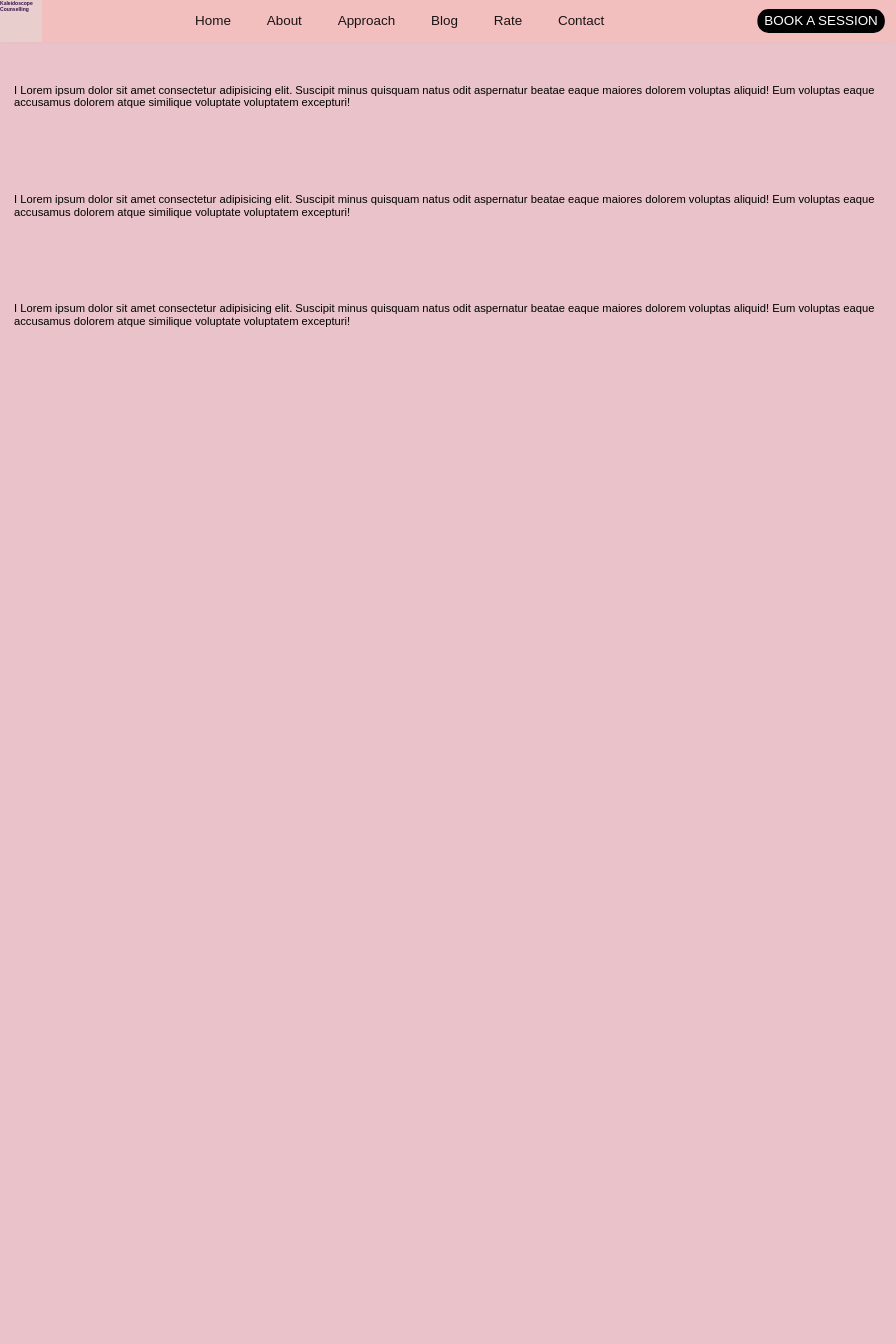
Repository: voutadi/ava-website
Page: index.html
An editor plug-in stored every save of this project. The page is shown before and after the next save, followed by the edit.
The browser window is 1280 px wide. The pictures show the part of the page from y = 0 to 1920 px (the page is 3120 px tall), at 70% of full size.

Above is the page before, as saved 2024-07-05 23:36:24.

### index.html
<!DOCTYPE html>
<html lang="en">
  <head>
    <meta charset="UTF-8" />
    <meta name="viewport" content="width=device-width, initial-scale=1.0" />
    <link rel="stylesheet" href="styles/style.css" />

    <title>Kaleidoscope Counselling</title>
  </head>
  <body>
    <header>
      <div class="logo-container">
        <div class="logo">
          Kaleidoscope <br />
          Counselling
        </div>
      </div>
      <nav class="navbar">
        <ul>
          <li><a href="#home">Home</a></li>
          <li><a href="#about">About</a></li>
          <li><a href="#approach">Approach</a></li>
          <li><a href="#blog">Blog</a></li>
          <li><a href="#rate">Rate</a></li>
          <li><a href="#contact">Contact</a></li>
        </ul>
      </nav>
      <button>BOOK A SESSION</button>
    </header>



    <p>
      I Lorem ipsum dolor sit amet consectetur adipisicing elit. Suscipit minus
      quisquam natus odit aspernatur beatae eaque maiores dolorem voluptas
      aliquid! Eum voluptas eaque accusamus dolorem atque similique voluptate
      voluptatem excepturi!
    </p>
    <p>
      I Lorem ipsum dolor sit amet consectetur adipisicing elit. Suscipit minus
      quisquam natus odit aspernatur beatae eaque maiores dolorem voluptas
      aliquid! Eum voluptas eaque accusamus dolorem atque similique voluptate
      voluptatem excepturi!
    </p>
    <p>
      I Lorem ipsum dolor sit amet consectetur adipisicing elit. Suscipit minus
      quisquam natus odit aspernatur beatae eaque maiores dolorem voluptas
      aliquid! Eum voluptas eaque accusamus dolorem atque similique voluptate
      voluptatem excepturi!
    </p>
  </body>
</html>

### styles/style.css
* {
  margin: 0;
  padding: 0;
  box-sizing: border-box;
}
body {
  background-color: rgb(233, 195, 201);

  height: 3000px;
  font-family: Arial, Helvetica, sans-serif;
  font-size: 1rem;
}
header {
  max-width: 100%; /*Make sure Take all of her parent element(body)on all different devices .*/
  height: 60px;
  position: fixed;
  top: 0;
  left: 0;
  right: 0;
  background-color: #f3bebe;

  display: flex;
  justify-content: space-between;
  align-items: center;

  box-shadow: 0 2px 4px rgba(243, 172, 172, 0.15); /* Adds a subtle shadow for depth, optional */
}
.logo-container {
  width: 60px;/* Put condition for smaller or biger divice*/


  background-color: #e9cece;
  height: 60px;
}
.logo {
  color: rgb(50, 21, 77);
  font-size: 0.45rem;
  font-weight: bold;
}

.navbar ul {
  display: flex;
  flex: 1;
  justify-content: center;
  list-style-type: none;
  flex-wrap: wrap;
}
.navbar li {
  display: flex;
  justify-content: end;
  margin: 1rem;
}
.navbar a {
  font-size: 20px;
  color: rgb(25, 20, 20);
  font-weight: 500;

  text-decoration: none;
}
.navbar a:hover {
  background-color: rgb(192, 175, 175);
  padding: 2px 4px;
  border-radius: 6px;
  transition: 0.15s;
}

.navbar a:active {
  background-color: rgb(176, 163, 163);




}

button {
  background-color: black;
  color: rgb(255, 255, 255);
  font-size: 1rem;
  padding: 8px 12px;
  margin-right: 1rem;
  border-width: 2px;
  border-style: solid;
  border-radius: 20px;
  cursor: pointer;
}
button:hover {
  background-color:white;

  color:black;
  transition: 0.15s;
  padding: 12px 18px;
}
button:active {
  padding: 18px 24px;
}
p {
  margin-top: 120px;
  margin-left: 20px;
}
@media (max-width: 380px) {
  body {
    font-size: 0.35rem;
  }
   /* Smaller font size */

  }


  button {
    font-size: 0.45rem;
    padding: 2px;
    margin-right: 0.3rem;

  }
  button:hover {
    font-size: 0.45rem;
    padding: 2px;


  }
  button:active {
    padding: 3px;
  }
  .navbar li {
    margin: 0.18rem;
  }
  .navbar a {
    font-size: 0.5rem;
  }


@media (min-width: 381px) and (max-width: 600px) {
  body {
    font-size: 0.5rem;
  } /* Smaller font size */
  button {
    font-size: 0.5rem;
    padding: 2px 4px;
    margin-right: 0.5rem;
    border-radius: 10px;
  }
  button:hover {
    font-size: 0.5rem;
    padding: 2px;
  }
  button:active {
    padding: 3px;
  }
  .navbar li {
    margin: 0.3rem;
  }
  .navbar a {
    font-size: 0.6rem;
  }
}
@media (min-width: 601px) and (max-width: 900px) {
  body {
    font-size: 0.75rem;
  } /* Smaller font size */
  button {
    font-size: 0.75rem;
    padding: 2px 4px;
    margin-right: 0.75rem;
    border-radius: 10px;
  }
  button:hover {
    font-size: 0.75rem;
    padding: 2px;
  }
  button:active {
    padding: 3px;
  }
  .navbar li {
    margin: 0.5rem;
  }
  .navbar a {
    font-size: 0.8rem;
  }
}
@media (min-width:901px){
  .navbar a {
    font-size: 1.2rem;


  }
  .navbar li {
    margin: 1.6rem;
  }
  button {
    font-size: 1.2rem;
    font-weight: 600px;

    padding: 4px 8px;
    margin-right: 1rem;
    border-radius: 16px;

  }
  button:hover {
    font-size: 1.4rem;
    padding: 6px 10px;
  }
  button:active {
    padding: 3px;
  }


}

After the next save:
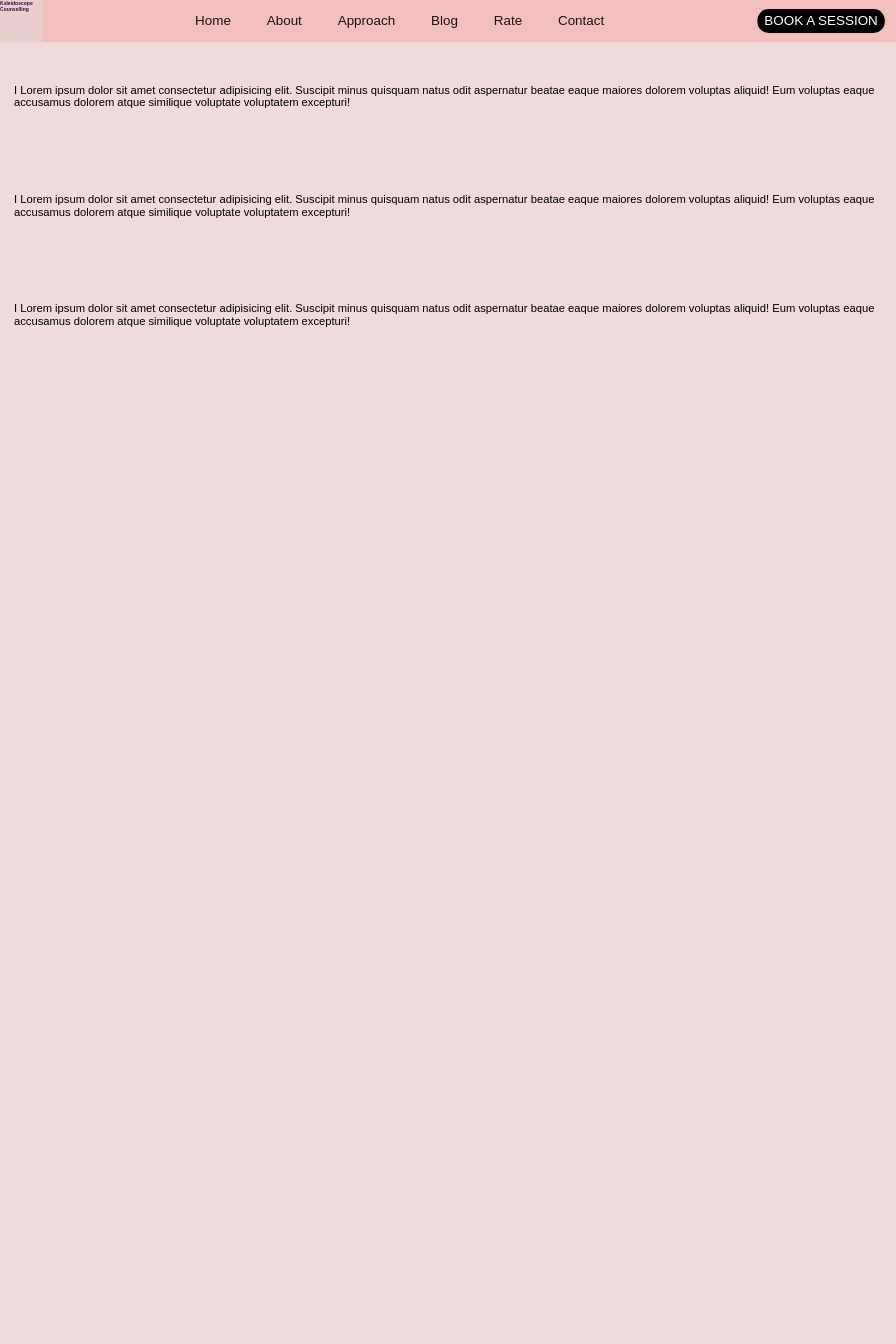
Saved 23 s later.
--- a/styles/style.css
+++ b/styles/style.css
@@ -4,7 +4,7 @@
   box-sizing: border-box;
 }
 body {
-  background-color: rgb(233, 195, 201);
+  background-color: rgb(239, 218, 221);
 
   height: 3000px;
   font-family: Arial, Helvetica, sans-serif;
